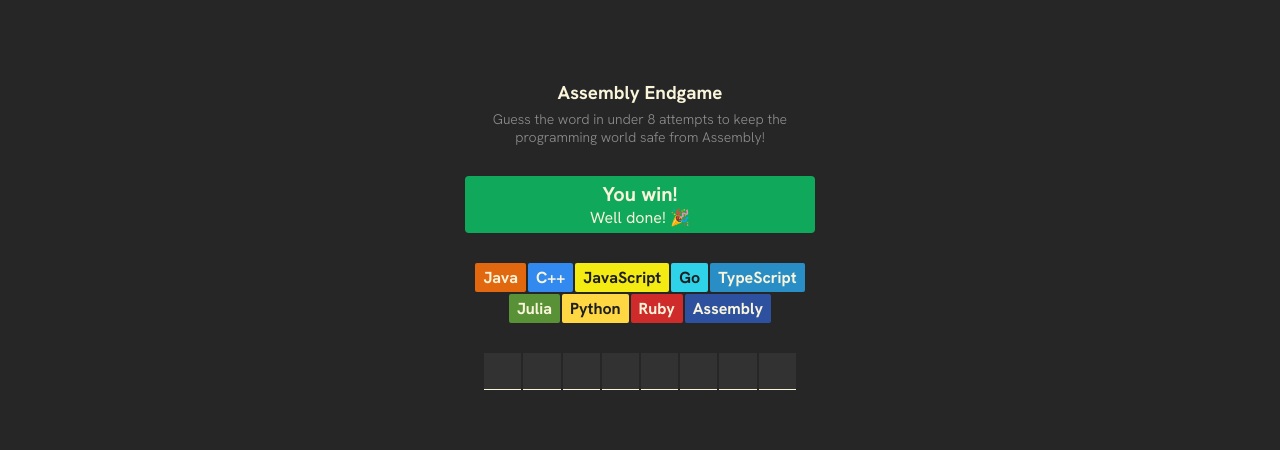
Repository: AchrafAzzaoui/AssemblyEndgame
Page: / (app in assembly-endgame/)
An editor plug-in stored every save of this project. The page is shown before and after a run of saves, followed by the edit.
The browser window is 1280 px wide. The pictures show the whole page.
The project was rebuilt for these pictures with package versions that can differ from the ones it lists, and the page was loaded fresh each time. Also part of the build but not shown: assembly-endgame/vite.config.js.

Above is the page before, as saved 2024-12-25 15:28:33.

After the next 2 saves:
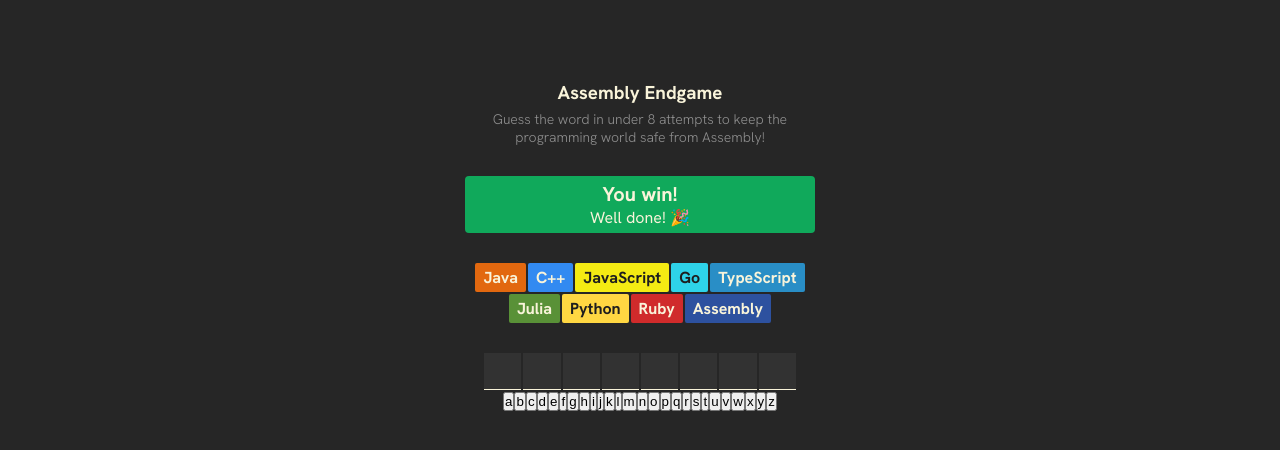
The 2 saves are shown as one change because 1 did not build or start.
The last was saved 11 s later.
--- a/assembly-endgame/src/App.jsx
+++ b/assembly-endgame/src/App.jsx
@@ -19,6 +19,7 @@
       <Status />
       <LanguageTags />
       <WordDisplay currentWord={currentWord} correctWord={"REFACTOR"} />
+      <Keyboard />
     </main>
   );
 }
